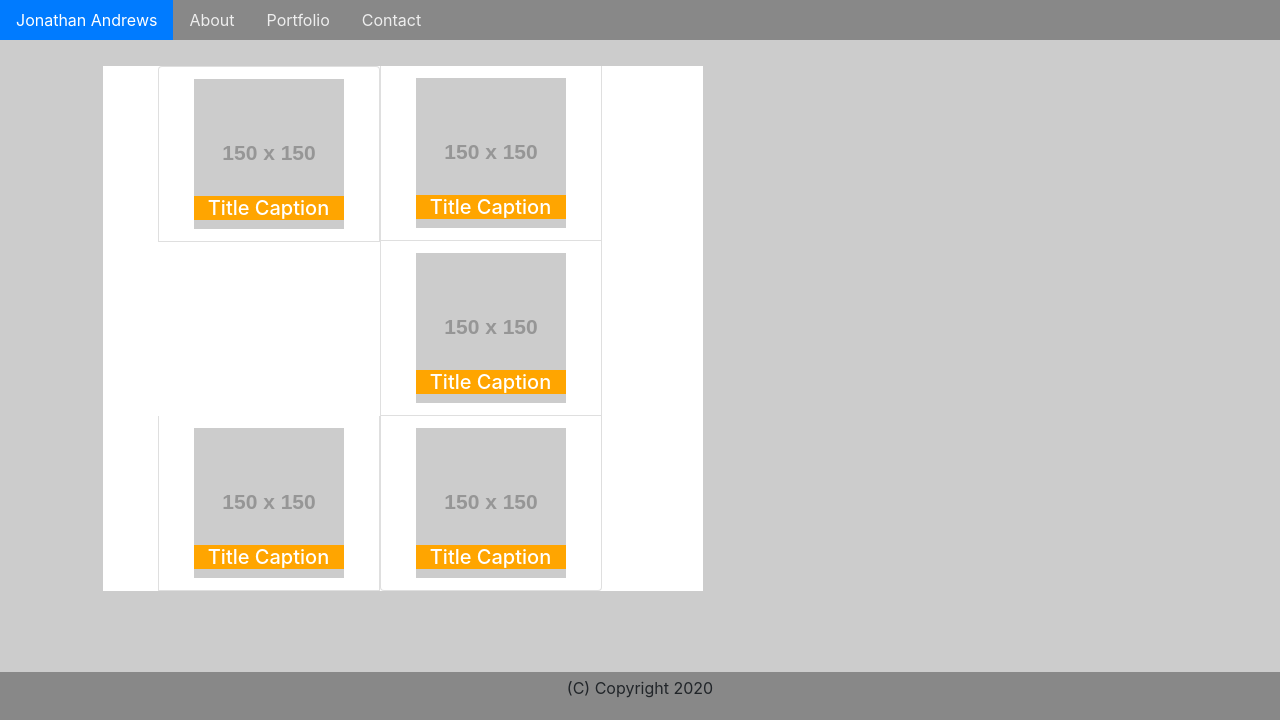
Repository: ionathas78/ionathas78.github.io
Page: portfolio.html
The author's editor kept a copy of each file at every save. The page is drawn from the files as they stood at one save, then again after the next save.
The browser window is 1280 px wide. The pictures show the whole page.

Above is the page before, as saved 2020-03-17 17:58:47.

After the next save:
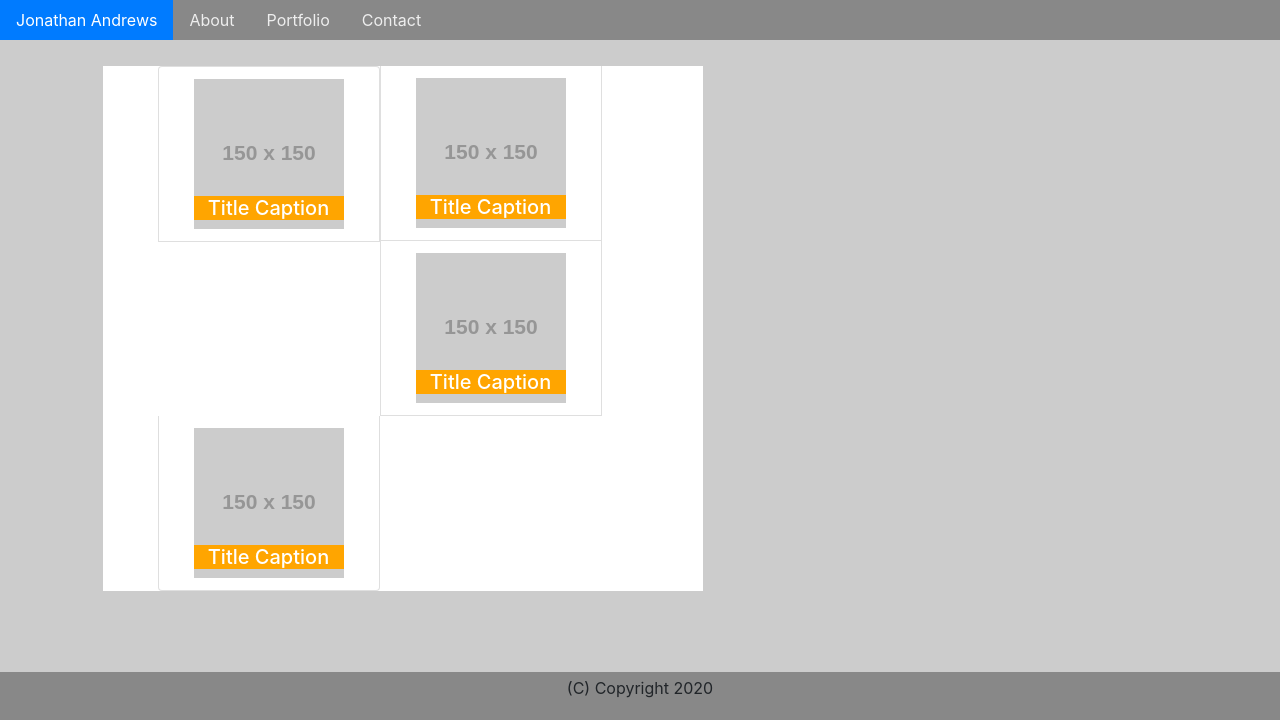
Saved 34 s later.
--- a/portfolio.html
+++ b/portfolio.html
@@ -31,12 +31,6 @@
                 <div class="container clearfix" style="max-width: 600px; background-color: white; margin-top: 2vw;">
                     <!-- <ul class="list-group list-group-horizontal float-left"> -->
                     <ul class="">
-                        <li class="list-group-item float-left">
-                            <div class="container" style="border-top-width: 0;">
-                                <a style="position: relative;" href="" target="_blank"><img src="https://via.placeholder.com/150" alt="Placeholder Item Image"/></a>
-                                <h5 style="position: absolute; background-color: orange; color: white; bottom: 1vw; width: 150px; text-align: center;">Title Caption</h5>
-                            </div>
-                        </li>
                         <li class="list-group-item float-left">
                             <div class="container">
                                 <a style="position: relative;" href="" target="_blank"><img src="https://via.placeholder.com/150" alt="Placeholder Item Image"/></a>
